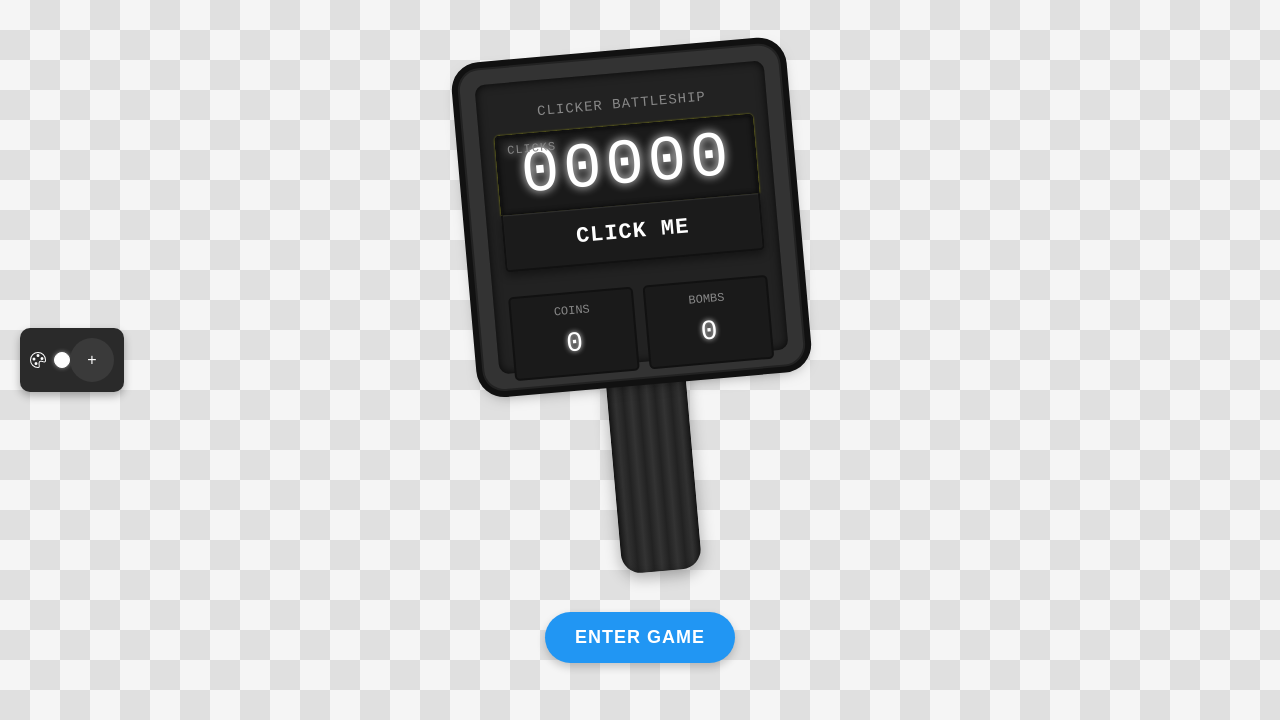
Repository: Moshikol/clicker-battleship
Page: /
The author's editor kept a copy of each file at every save. The page is drawn from the files as they stood at one save, then again after the next save.
The browser window is 1280 px wide. The pictures show the whole page.
Some web fonts or font styles are not loaded; a fallback is used. The project was rebuilt for these pictures with package versions that can differ from the ones it lists, and the page was loaded fresh each time. Also part of the build but not shown: webpack.config.js, src/components/clicker/Clicker.module.css, src/components/clicker/Clicker.tsx, src/components/grid/ShipPlacement.module.css, src/components/grid/ShipPlacement.tsx, src/components/grid/Grid.module.css, src/components/grid/Grid.tsx, src/components/game/GameBoard.module.css and 6 more.

Above is the page before, as saved 2025-03-18 22:03:06.

After the next save:
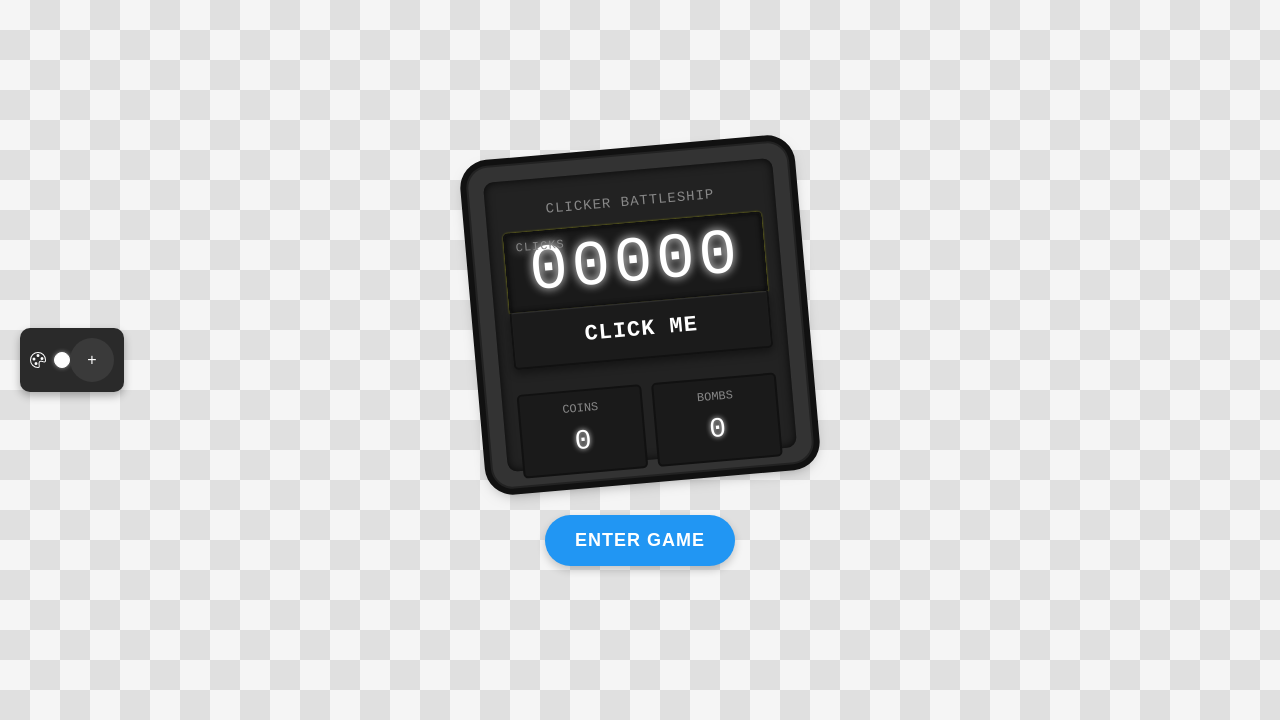
Saved 5 min 53 s later.
--- a/src/components/watch/Watch.tsx
+++ b/src/components/watch/Watch.tsx
@@ -78,7 +78,6 @@ export const Watch: React.FC = () => {
             </div>
           </div>
         </div>
-        <div className={styles.watchStrap}></div>
       </div>
       <div className={styles.gameNav}>
         <button
